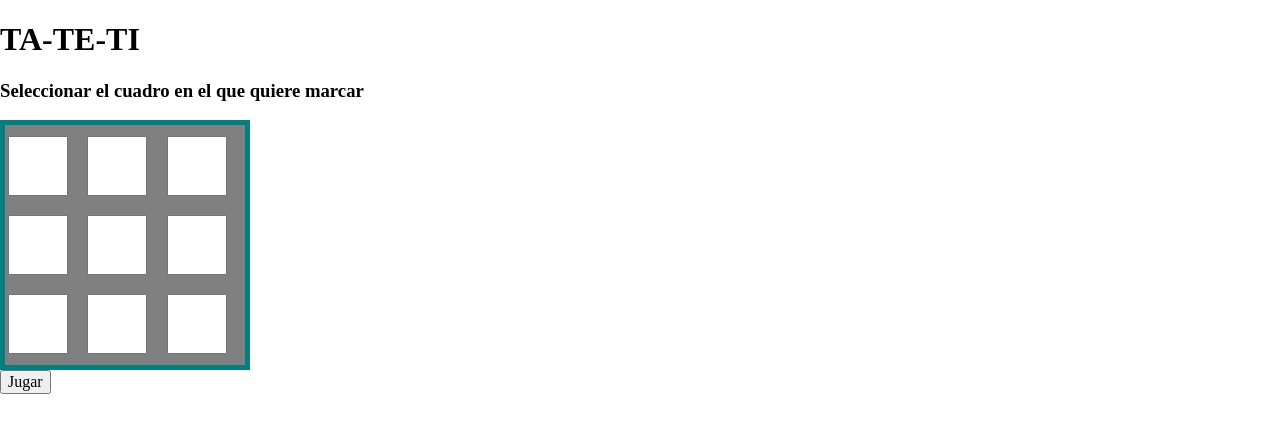
Repository: Lean97-start/TATETI
Page: Tateti.html
These files come from the project's save history. The page is drawn as it stood at one moment and after a run of saves; the edit follows.
The browser window is 1280 px wide. The pictures show the whole page.

Above is the page before, as saved 2021-03-30 12:29:19.

After the next 2 saves:
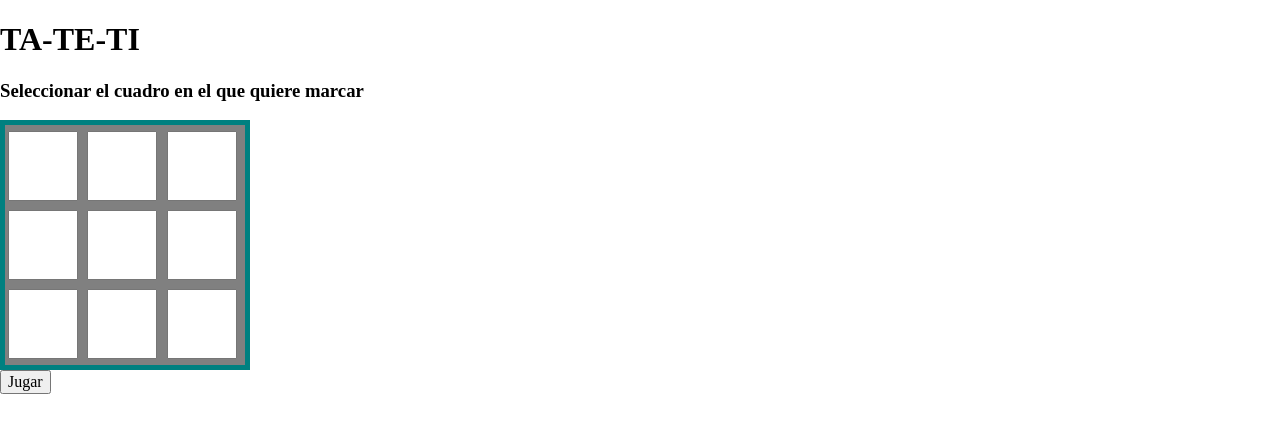
The 2 saves are shown as one change because they came seconds apart.
The last was saved 16 s later.
--- a/Tateti.css
+++ b/Tateti.css
@@ -7,8 +7,8 @@
     width: 250px;
 }
 .entradas{
-    height: 60px;
-    width: 60px;
+    height: 70px;
+    width: 70px;
     box-sizing: border-box;
     margin: auto;
 }
